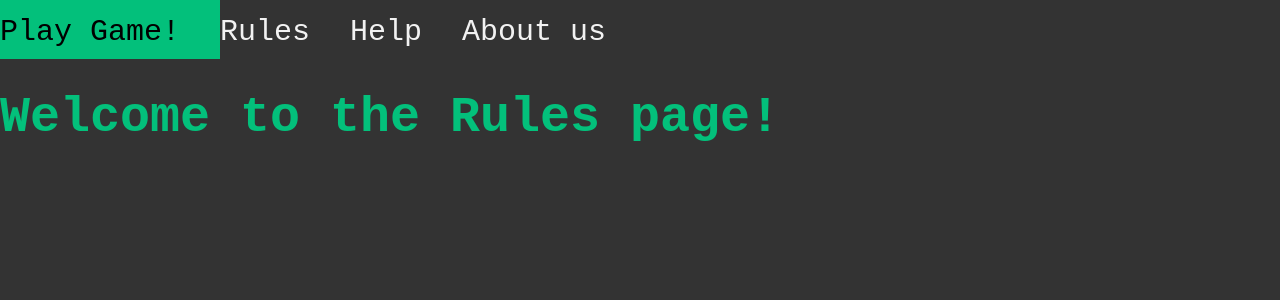
Repository: Ascendrospyder/rock-paper-scissors
Page: rulesPage.html
These files come from the project's save history. The page is drawn as it stood at one moment and after the next save; the edit follows.
The browser window is 1280 px wide. The pictures show the whole page.

Above is the page before, as saved 2022-12-26 11:44:42.

### rulesPage.html
<!DOCTYPE html>
<html lang="en">
<head>
    <meta charset="UTF-8">
    <meta http-equiv="X-UA-Compatible" content="IE=edge">
    <meta name="viewport" content="width=device-width, initial-scale=1.0">
    <title>Rules</title>
    <link rel = "stylesheet" href="./css/style.css">
    <link rel = "stylesheet" href="./css/navbar.css">
</head>
<body>
    <nav>
        <div class = "nav-bar">
          <a class = "play-game" href = "app.html">Play Game!</a>
          <a class = "game-rules" href = "rulesPage.html">Rules</a>
          <a class = "help" href = "helpPage.html">Help</a>
          <a class = "about" href= "aboutPage.html">About us</a>
        </div>
    </nav>

    <h1 class = "heading">Welcome to the Rules page!</h1>
</body>
</html>

### css/style.css
/* The following code will remove the whitespace at the top of the browser */
* {
  margin: 0;
  padding: 0;
  border: 0;
  outline: 0;
  font-size: 100%;
  vertical-align: baseline;
  background: transparent;
}

body {
  background-color: #333;
}

.title {
  margin-bottom: 100px;
  display: flex;
  justify-content: center;
  align-items: center;
  margin-bottom: 300px;
}

.heading {
  font-size: 50px;
  color : #03c07b;
  font-family: 'Roboto Mono', monospace;
}

.multicoloured-text {
  background-image: linear-gradient(to left, violet, indigo, green, blue, red, orange, red);
  -webkit-background-clip: text;
  -moz-background-clip: text;
  background-clip: text;
  color: transparent;
}

.prompt {
  /* border : 2px solid black;  */
  display : flex;
  justify-content: flex-start;
  margin-bottom: 20px;
}

.prompt-message {
  font-size: 30px;
  color : #03c07b;
  font-family: 'Roboto Mono', monospace;
}
.results {
  border: 5px solid rgb(40, 40, 40);
  flex-wrap: wrap;
  display : flex;
  justify-content: space-between;
  margin-bottom: 15px;
}


.results > button {
  flex : 1 1 0;
  background-color: #333;
  color: white;
  font-size: 30px;
  font-family: 'Roboto Mono', monospace;
  transition: background-color 0.3s;
}

button {
  padding-top: 40px;
  padding-bottom: 40px;
}

button:hover {
  background-color: #03c07b;
  color: black;
}

### css/navbar.css
.nav-bar {
  /* border : 10px solid black;  */
  background-color : #333;
  overflow: hidden;
  margin-bottom: 30px;
  /* padding-left: 20px; */
}

.nav-bar a {
  font-family: 'Roboto Mono', monospace;
  text-decoration: none;
  float : left;
  color : #f2f2f2;
  text-align: center;
  font-size: 30px;
  padding-right: 40px;
  padding-top: 15px;
  padding-bottom: 10px;
  transition: background-color 0.8s;
}

.nav-bar a:hover {
  background-color: #03c07b;
  color: black;
}

.nav-bar a:active {
  background-color: #03c07b;
  color : white;
}

After the next save:
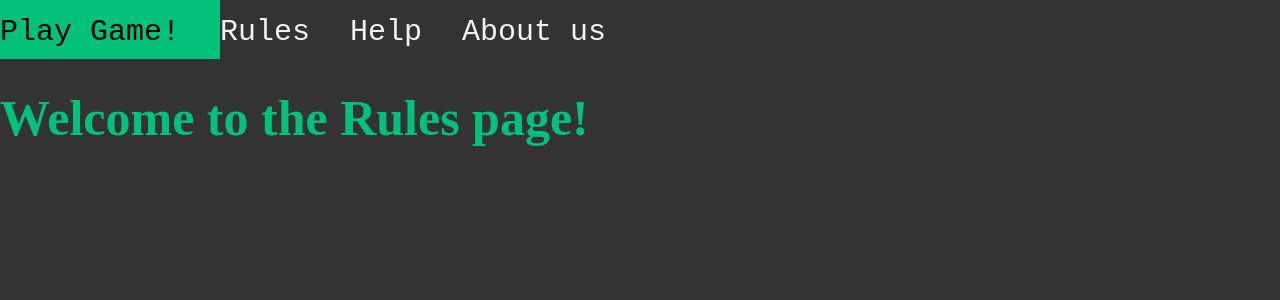
Saved 8 min 6 s later.
--- a/css/style.css
+++ b/css/style.css
@@ -24,7 +24,7 @@ body {
 .heading {
   font-size: 50px;
   color : #03c07b;
-  font-family: 'Roboto Mono', monospace;
+  /* font-family: 'Roboto Mono', monospace; */
 }
 
 .multicoloured-text {
